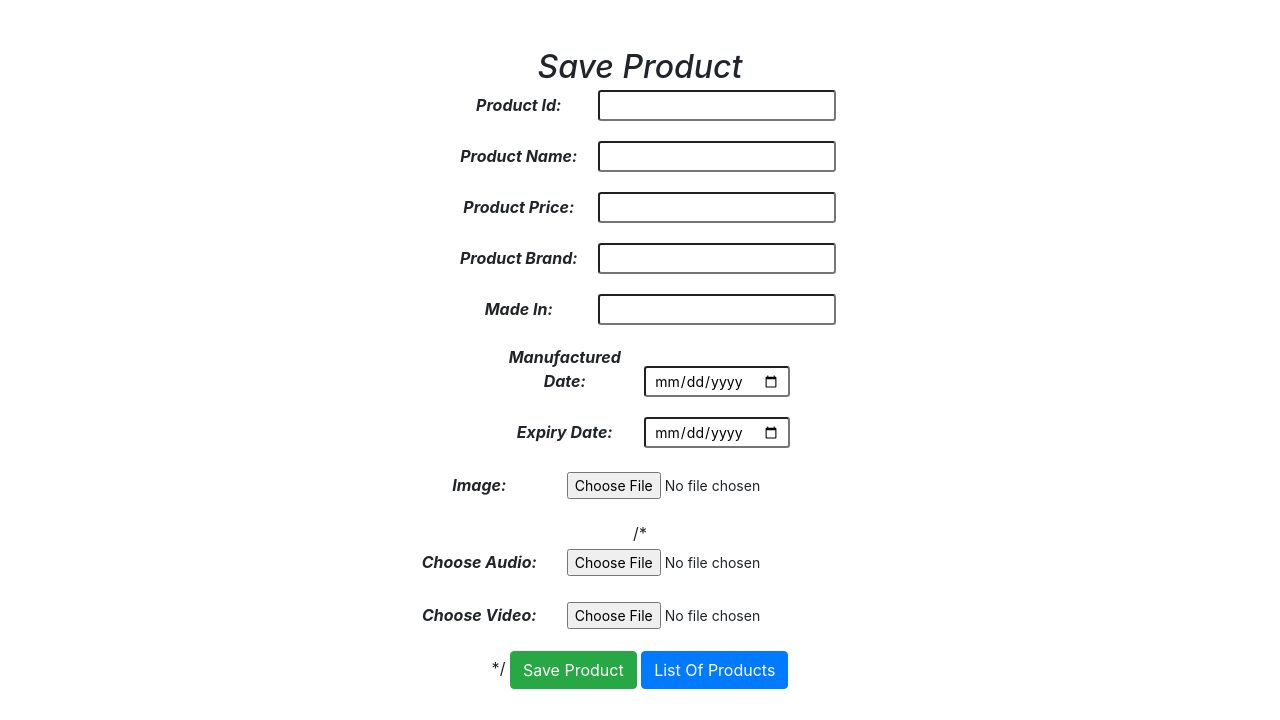
Repository: ananthaanusha/advjavaprograms
Page: ProductManagementApp/src/main/webapp/addProduct.html
These files come from the project's save history. The page is drawn as it stood at one moment and after the next save; the edit follows.
The browser window is 1280 px wide. The pictures show the whole page.

Above is the page before, as saved 2024-03-09 10:14:26.

### ProductManagementApp/src/main/webapp/addProduct.html
<!DOCTYPE html>
<html>
	<head>
		<title>Product Details...</title>
		<!-- Latest compiled and minified CSS -->
<link rel="stylesheet" href="https://stackpath.bootstrapcdn.com/bootstrap/4.5.2/css/bootstrap.min.css" integrity="sha384-JcKb8q3iqJ61gNV9KGb8thSsNjpSL0n8PARn9HuZOnIxN0hoP+VmmDGMN5t9UJ0Z" crossorigin="anonymous">

		<script type="text/javascript" src="formvalidation.js"></script>
		<style>
      div {
        margin-bottom: 10px;
      }
      label {
        display: inline-block;
        width: 150px;
      }
    </style>
	</head>
	<body>
	<div class="container mt-5 text-center">
	<h2 class="text-center font-italic mb-1">Save Product</h2>
	  <form method="post" action="AddProductServlet" enctype="multipart/form-data" onsubmit="return validateForm()">

		<div class="form-group">
		<label class="font-italic font-weight-bold" for="proId">Product Id:</label>
		<input type="text" class="form-control-sm" id="proId" name="proId" >
		</div>


		<div class="form-group">
		<label class="font-italic font-weight-bold" for="proName">Product Name:</label>
		<input type="text" class="form-control-sm" id="proName" name="proName" >
		</div>

		<div class="form-group">
		<label class="font-italic font-weight-bold" for="proPrice">Product Price:</label>
		<input type="number" class="form-control-sm" id="proPrice" name="proPrice" >
		</div>


		<div class="form-group">
		<label class="font-italic font-weight-bold" for="proBrand">Product Brand:</label>
		<input type="text" class="form-control-sm" id="proBrand" name="proBrand" >
		</div>


		<div class="form-group">
		<label class="font-italic font-weight-bold" for="madeIn">Made In:</label>
		<input type="text" class="form-control-sm" id="madeIn" name="madeIn" >
		</div>


		<div class="form-group">
		<label class="font-italic font-weight-bold" for="mDate">Manufactured Date:</label>
		<input type="date" class="form-control-sm" id="mDate" name="mDate" >
		</div>


		<div class="form-group">
		<label class="font-italic font-weight-bold" for="eDate">Expiry Date:</label>
		<input type="date" class="form-control-sm" id="eDate" name="eDate" >
		</div>


		<div class="form-group">
		<label class="font-italic font-weight-bold" for="proImage">Image:</label>
		<input type="file" class="form-control-sm" id="proImage" name="proImage" accept="image/*">
		</div>

		/*<div class="form-group">
		<label class="font-italic font-weight-bold" for="audio">Choose Audio:</label>
		<input type="file" class="form-control-sm" id="audio" name="audio" accept="audio/*">
		</div>

		<div class="form-group">
		<label class="font-italic font-weight-bold" for="video">Choose Video:</label>
		<input type="file" class="form-control-sm" id="proVideo" name="proVideo" accept="video/*">
		</div>
		<div>*/
		  <input type="submit" class="btn btn-success" value="Save Product"/>
		  <a href="productList.jsp" class="btn btn-primary">List Of Products</a>
		</div>
	  </form>
	</div>
	</body>
</html>

### ProductManagementApp/src/main/webapp/formvalidation.js
function validateForm(){
	var proId=Document.getElementById("proId").value;
	var proName=Document.getElementById("proName").value;
	var proPrice=Document.getElementById("proPrice").value;
	var proBrand=Document.getElementById("proBrand").value;
	var madeIn=Document.getElementById("madeIn").value;

	if(proId.trim() ==="" || proName.trim() ==="" || proPrice.trim() ==="" || proBrand.trim() ==="" || madeIn.trim() ==="")
	{
	alert("All Fields Must Be Filled Out");
	return false;
	}
	if(parseFloat(proPrice)<0){
		alert("price must not be negative ");
		return false;
	}
	if(proName.length >50 || proBrand.length>50){
		alert("Product Name and Brand length should not exceed 50 characters");
		return false;
	}
	var promfgdt=document.getElementById("mDate").value;
	var proexpdt=document.getElementById("eDate").value;
	var manufacturedDate = new Date(promfgdt);
	var expiryDate=new Date(proexpdt);
	if(manufacturedDate > expiryDate)
	{
		alert("manufactured date cannot be greater than expiry date");
		return false;
	}
	return true;
}

After the next save:
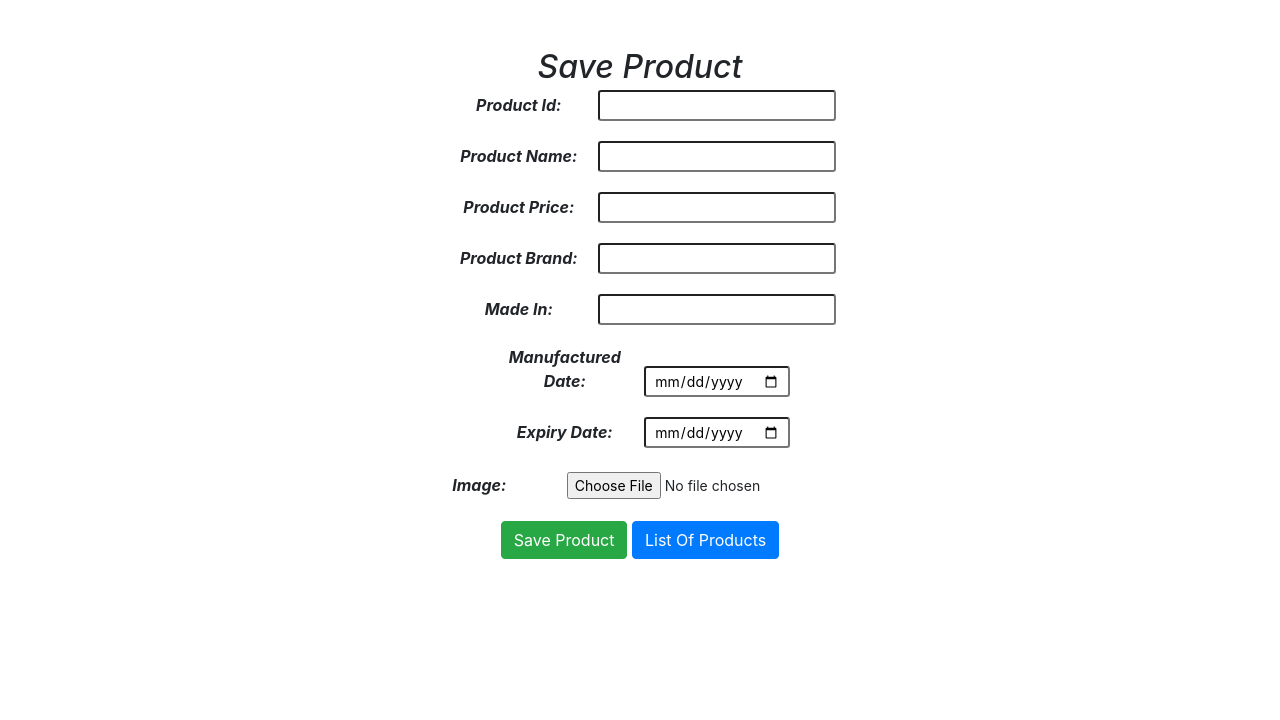
Saved 45 s later.
--- a/ProductManagementApp/src/main/webapp/addProduct.html
+++ b/ProductManagementApp/src/main/webapp/addProduct.html
@@ -67,7 +67,8 @@
 		<input type="file" class="form-control-sm" id="proImage" name="proImage" accept="image/*">
 		</div>
 
-		/*<div class="form-group">
+
+		<!--  <div class="form-group">
 		<label class="font-italic font-weight-bold" for="audio">Choose Audio:</label>
 		<input type="file" class="form-control-sm" id="audio" name="audio" accept="audio/*">
 		</div>
@@ -76,7 +77,7 @@
 		<label class="font-italic font-weight-bold" for="video">Choose Video:</label>
 		<input type="file" class="form-control-sm" id="proVideo" name="proVideo" accept="video/*">
 		</div>
-		<div>*/
+		<div>-->
 		  <input type="submit" class="btn btn-success" value="Save Product"/>
 		  <a href="productList.jsp" class="btn btn-primary">List Of Products</a>
 		</div>
